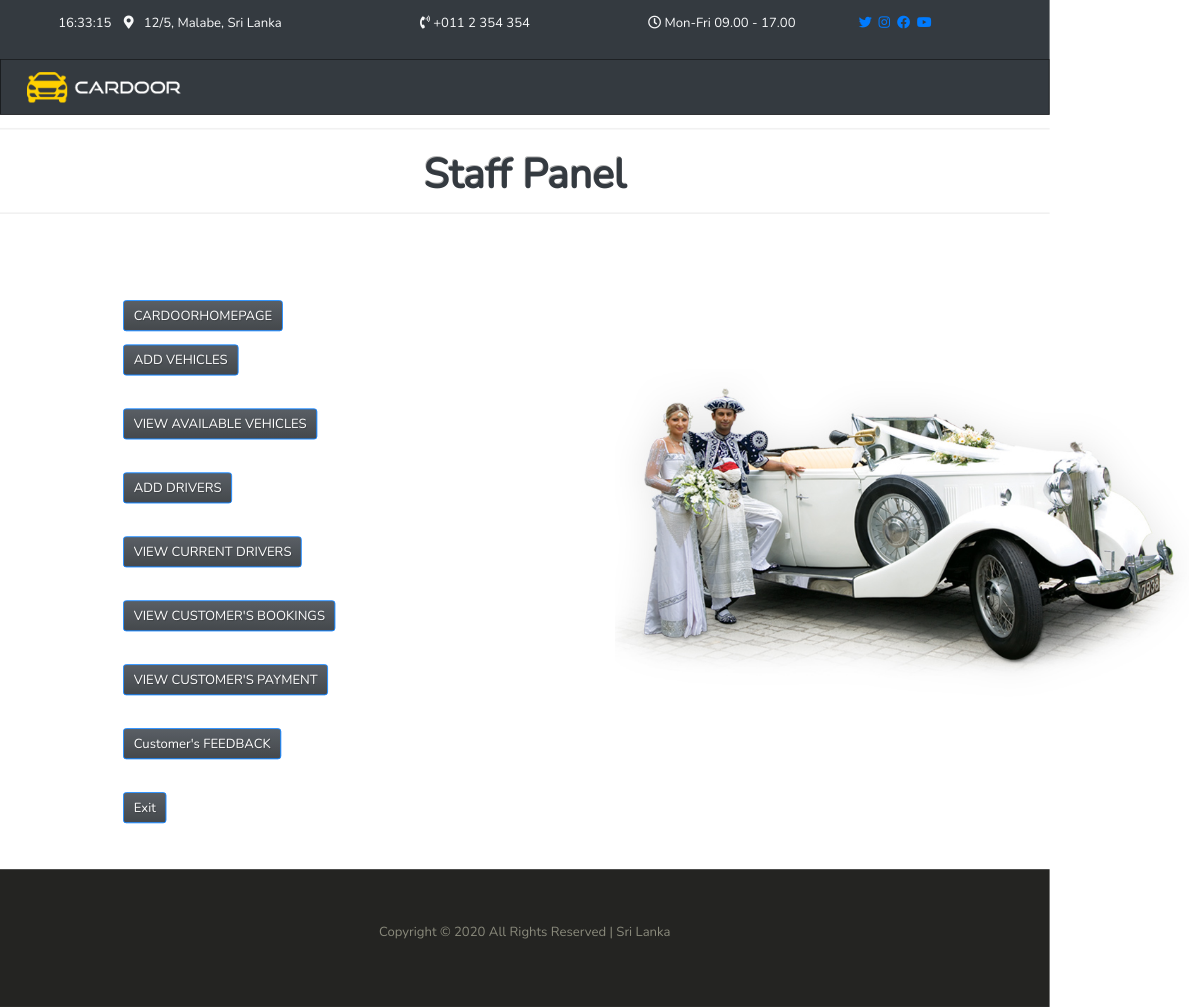
Repository: NipunLakshan99/Cardoor
Page: http://localhost/RentCar/SystemU.jsp
These files come from the project's save history. The page is drawn as it stood at one moment and after the next save; the edit follows.
The browser window is 1280 px wide. The page is 1450 px wide, so the pictures cover 1450 px, including what lies to the right of the window. The pictures show the whole page, at 82% of full size.
Some web libraries are served in a nearby version. The page is served by Tomcat 9.

Above is the page before, as saved 2020-05-13 11:28:22.

After the next save:
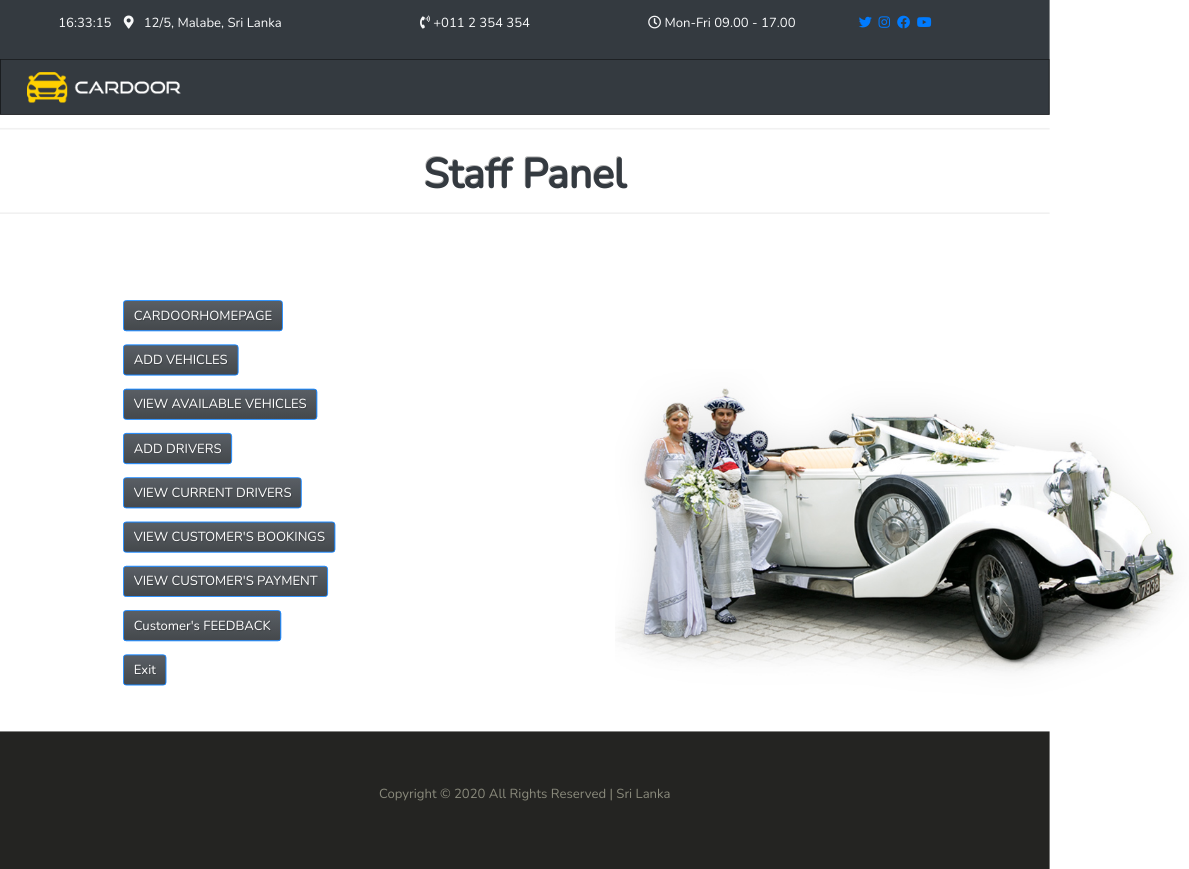
Saved 27 s later.
--- a/RentCar/WebContent/SystemU.jsp
+++ b/RentCar/WebContent/SystemU.jsp
@@ -110,13 +110,13 @@
 
 	 <div class="btn-group-vertical" data-toggle="buttons">
  		 <a href="Home.jsp"><button type="button" class="btn btn-primary">CARDOORHOMEPAGE</button></a>
- 		 <a href="viewvehicles.jsp"><button type="button" class="btn btn-primary">ADD VEHICLES</button></a><br/>
- 		 <a href="viewvehicles.jsp"><button type="button" class="btn btn-primary">VIEW AVAILABLE VEHICLES</button></a><br/>
- 		 <a href="viewdrivers.jsp"><button type="button" class="btn btn-primary">ADD DRIVERS</button></a><br/>
-  		 <a href="viewdrivers.jsp"><button type="button" class="btn btn-primary">VIEW CURRENT DRIVERS</button></a><br/>
-  		 <a href="viewbookings.jsp"><button type="button" class="btn btn-primary">VIEW CUSTOMER'S BOOKINGS</button></a><br/>
-  		 <a href="viewbookings.jsp"><button type="button" class="btn btn-primary">VIEW CUSTOMER'S PAYMENT</button></a><br/>
- 		 <a href="#"><button type="button" class="btn btn-primary">Customer's FEEDBACK</button></a><br/>
+ 		 <a href="viewvehicles.jsp"><button type="button" class="btn btn-primary">ADD VEHICLES</button></a>
+ 		 <a href="viewvehicles.jsp"><button type="button" class="btn btn-primary">VIEW AVAILABLE VEHICLES</button></a>
+ 		 <a href="viewdrivers.jsp"><button type="button" class="btn btn-primary">ADD DRIVERS</button></a>
+  		 <a href="viewdrivers.jsp"><button type="button" class="btn btn-primary">VIEW CURRENT DRIVERS</button></a>
+  		 <a href="viewbookings.jsp"><button type="button" class="btn btn-primary">VIEW CUSTOMER'S BOOKINGS</button></a>
+  		 <a href="viewbookings.jsp"><button type="button" class="btn btn-primary">VIEW CUSTOMER'S PAYMENT</button></a>
+ 		 <a href="#"><button type="button" class="btn btn-primary">Customer's FEEDBACK</button></a>
  		 <a href="Home.jsp"><button type="button" class="btn btn-primary">Exit</button></a>
 
 	 </div>
